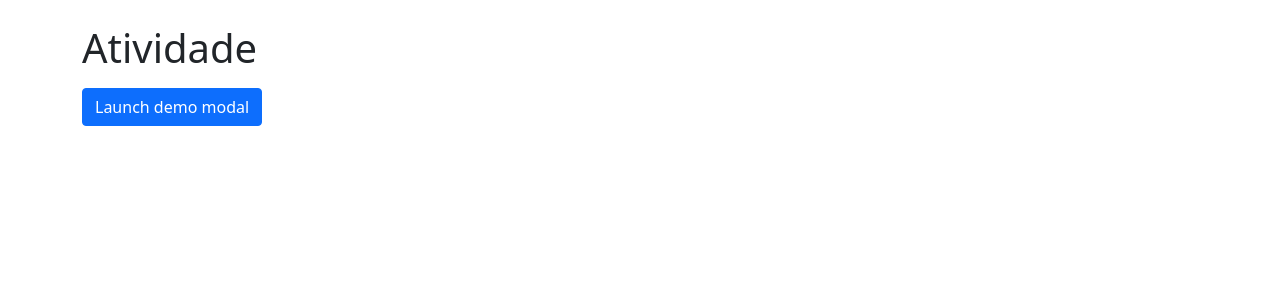
Repository: faribeiro/react-dotnetcore-efcore
Page: / (app in front/pro-atividade-app/)
These files come from the project's save history. The page is drawn as it stood at one moment and after a run of saves; the edit follows.
The browser window is 1280 px wide. The pictures show the whole page.
The page's requests for data from a server got no answer. The project was rebuilt for these pictures with package versions that can differ from the ones it lists, and the page was loaded fresh each time. No one was signed in, and anything a server would have sent is missing. Also part of the build but not shown: front/pro-atividade-app/src/components/AtividadeForm.js, front/pro-atividade-app/src/components/Atividade.js.

Above is the page before, as saved 2023-10-24 15:15:15.

### front/pro-atividade-app/src/index.js
import React from 'react';
import ReactDOM from 'react-dom/client';
import './index.css';
import 'bootstrap/dist/css/bootstrap.min.css';
import App from './App';


const root = ReactDOM.createRoot(document.getElementById('root'));
root.render(
  <div className='container'>
    <App />

  </div>
);

// If you want to start measuring performance in your app, pass a function
// to log results (for example: reportWebVitals(console.log))
// or send to an analytics endpoint. Learn more: https://bit.ly/CRA-vitals

### front/pro-atividade-app/src/index.css
@import url('../node_modules/@fortawesome/fontawesome-free/css/all.min.css');

### front/pro-atividade-app/src/App.js
import {useEffect, useState} from 'react';
import './App.css';
import { Button, Modal } from 'react-bootstrap';
import AtividadeForm from './components/AtividadeForm';
import AtividadeLista from './components/AtividadeLista';
import api from './api/atividade';

function App() {
  const [show, setShow] = useState(false);
  const [atividades, setAtividades] = useState([])
  const [atividade, setAtividade] = useState({id:0})

  const handleClose = () => setShow(false);
  const handleShow = () => setShow(true);

  const pegaTodasAtividades = async () => {
    const response = await api.get('atividade');
    return response.data;
  }

  useEffect(() => {
    //atividades.length <= 0 ? setIndex(1) :
    //setIndex(Math.max.apply( Math, atividades.map((item) => item.id)) + 1)
    const getAtividades = async () => {
      const todasAtividades = await pegaTodasAtividades()
      if (todasAtividades) setAtividades(todasAtividades)
    }
    getAtividades();
  },[])

   const addAtividade = async (ativ) => {
    const response = await api.post('atividade', ativ)
    console.log(response.data)
    setAtividades([ ...atividades, response.data])
  }

  function cancelarAtividade() {
    setAtividade({id: 0})
  }

  const atualizarAtividade = async (ativ) => {
    const response = await api.put(`atividade/${ativ.id}`, ativ)
    const {id} = response.data
    setAtividades(
      atividades.map((item) => (item.id === id ? response.data : item ))
    )
    setAtividade({id: 0})
  }

  const deletarAtividade = async (id) => {
    if (await api.delete(`atividade/${id}`))
    {
      const atividadesFiltradas = atividades.filter(atividade => atividade.id !== id)
          setAtividades([...atividadesFiltradas])
    }
  }

  function pegarAtividade(id) {
    const atividade = atividades.filter(atividade => atividade.id === id)
    setAtividade(atividade[0])
  }

  return (
    <>
      <div className="d-flex justify-content-between align-items-end mt-2 pb-3">

      </div>
      <h1>Atividade {atividade.id !== 0 ? atividade.id : ''}</h1>
      <AtividadeLista
        atividades={atividades}
        deletarAtividade={deletarAtividade}
        pegarAtividade={pegarAtividade}
      />

      <Button variant="primary" onClick={handleShow}>
        Launch demo modal
      </Button>

      <Modal show={show} onHide={handleClose}>
        <Modal.Header closeButton>
          <Modal.Title>Modal heading</Modal.Title>
        </Modal.Header>
        <Modal.Body>
          <AtividadeForm
            addAtividade={addAtividade}
            cancelarAtividade={cancelarAtividade}
            atualizarAtividade={atualizarAtividade}
            ativSelecionada={atividade}
            atividades={atividades}
          />
        </Modal.Body>
      </Modal>

    </>

  );
}

export default App;

### front/pro-atividade-app/src/components/AtividadeLista.js
import React from 'react'
import Atividade from './Atividade'

export default function AtividadeLista(props) {
  return (
    <div className="mt-3">
          {props.atividades.map(ativ => (
            <Atividade
              key={ativ.id}
              ativ={ativ}
              deletarAtividade={props.deletarAtividade}
              pegarAtividade={props.pegarAtividade}
            />
          ))}
        </div>
  )
}

### front/pro-atividade-app/src/api/atividade.js
import axios from 'axios';

export default axios.create({
    baseURL: 'http://localhost:5000/api/',
})

Loaded but not shown: front/pro-atividade-app/public/index.html (common file); front/pro-atividade-app/src/App.css (no stored copy; drawn as an empty file)

After the next 3 saves:
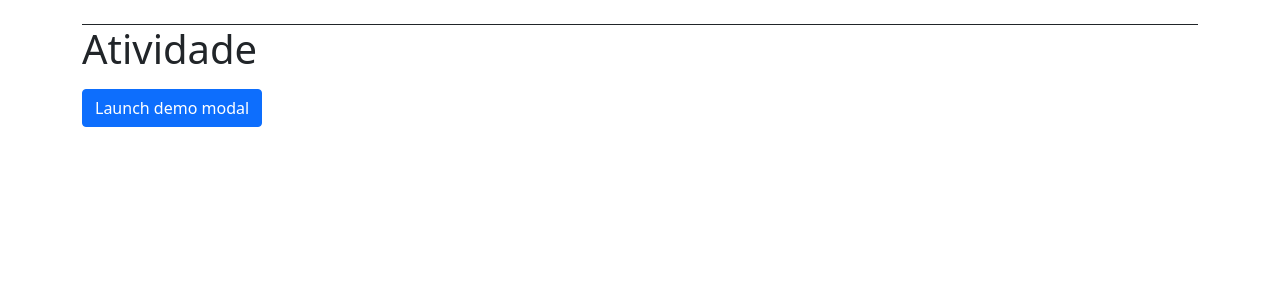
The 3 saves are shown as one change because they came seconds apart.
The last was saved 11 s later.
--- a/front/pro-atividade-app/src/App.js
+++ b/front/pro-atividade-app/src/App.js
@@ -62,7 +62,7 @@ function App() {
 
   return (
     <>
-      <div className="d-flex justify-content-between align-items-end mt-2 pb-3">
+      <div className="d-flex justify-content-between align-items-end mt-2 pb-3 border-bottom border-dark">
 
       </div>
       <h1>Atividade {atividade.id !== 0 ? atividade.id : ''}</h1>
